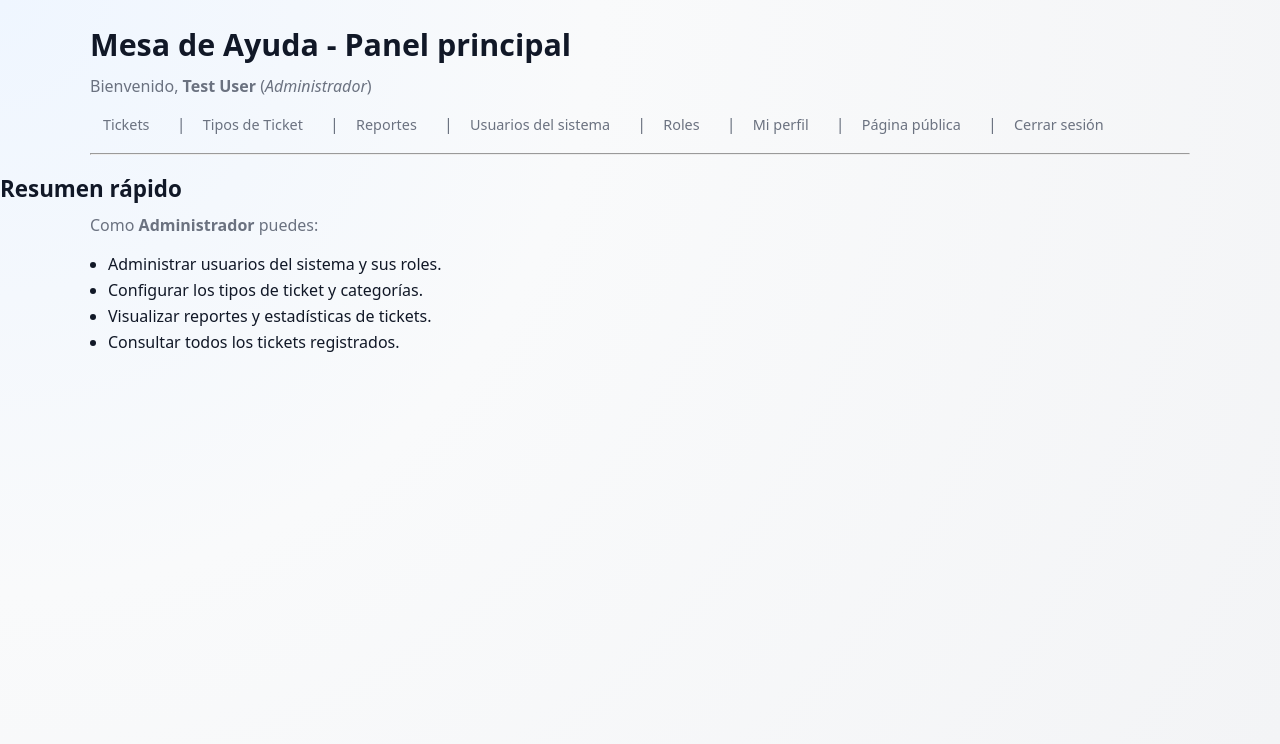
Repository: eleazarrrg/Proyecto-Mesa-Ayuda
Page: http://localhost/mesa-ayuda/dashboard.php
These files come from the project's save history. The page is drawn as it stood at one moment and after the next save; the edit follows.
The browser window is 1280 px wide. The pictures show the whole page.
The page is run by PHP 8.4 with error messages shown; the project is at /var/www/html/. The session is filled in as if someone had signed in: {"user_id": 1, "user_name": "Test User", "role_id": 1}.

Above is the page before, as saved 2025-12-06 21:47:42.

After the next save:
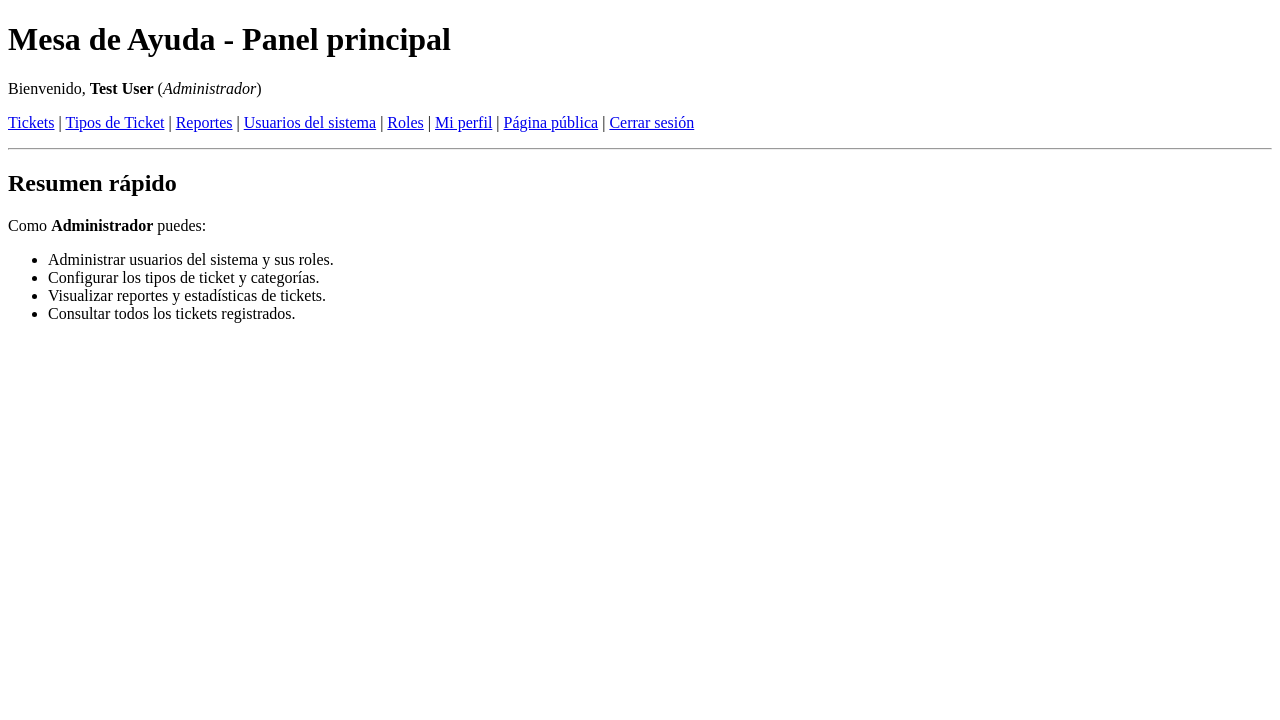
Not found: assets/css/stye.css
Saved 105 s later.
--- a/public/dashboard.php
+++ b/public/dashboard.php
@@ -29,7 +29,7 @@
 <head>
     <meta charset="UTF-8">
     <title>Mesa de Ayuda - Panel principal</title>
-    <link rel="stylesheet" href="../assets/css/style.css">
+    <link rel="stylesheet" href="../assets/css/stye.css">
 </head>
 <body>
     <h1>Mesa de Ayuda - Panel principal</h1>

After the save that followed:
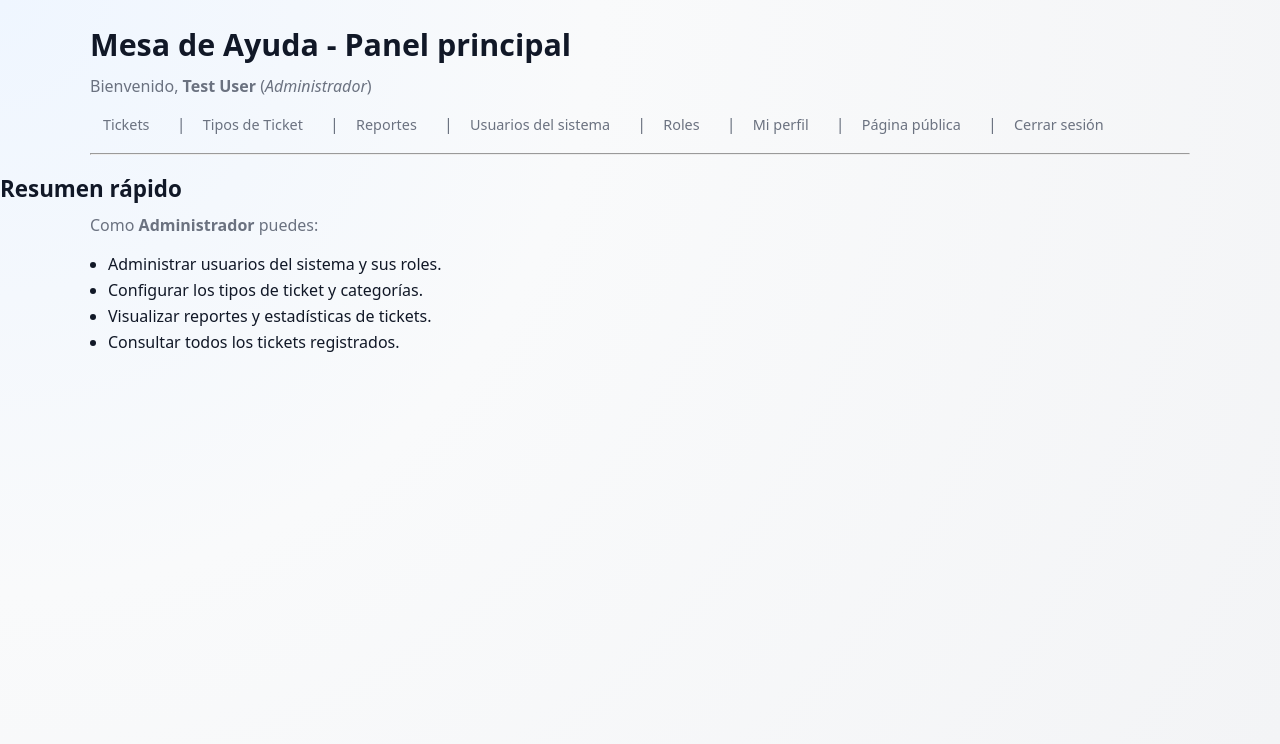
Saved 7 s later.
--- a/public/dashboard.php
+++ b/public/dashboard.php
@@ -29,7 +29,7 @@
 <head>
     <meta charset="UTF-8">
     <title>Mesa de Ayuda - Panel principal</title>
-    <link rel="stylesheet" href="../assets/css/stye.css">
+    <link rel="stylesheet" href="../assets/css/style.css">
 </head>
 <body>
     <h1>Mesa de Ayuda - Panel principal</h1>
